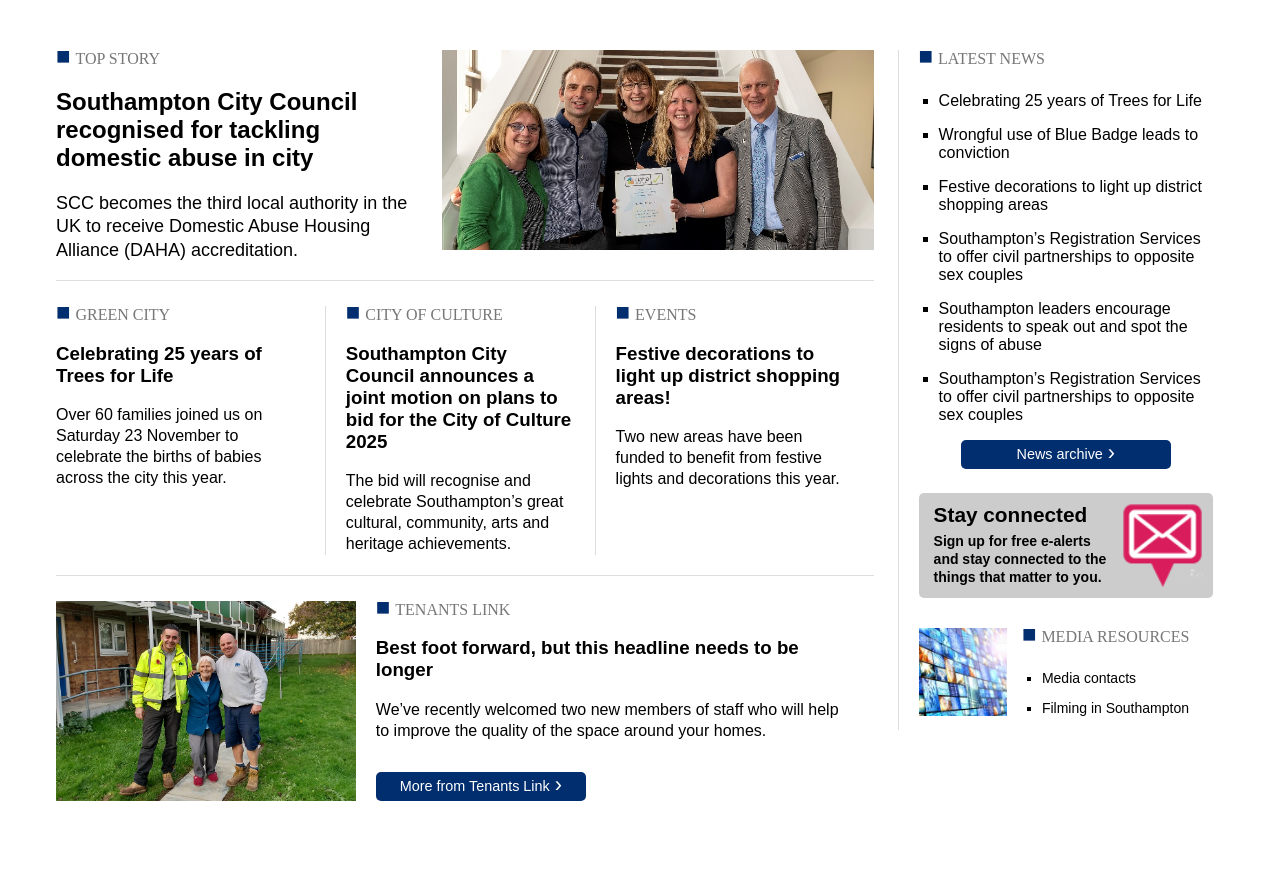
Repository: Domehead123/newspage
Page: index.html
The author's editor kept a record of every edit. The page is drawn from the files as they stood at one moment, then again after the next edit.
The browser window is 1280 px wide. The pictures show the whole page.
Some web libraries are served in a nearby version.

Above is the page before.

After the next edit:
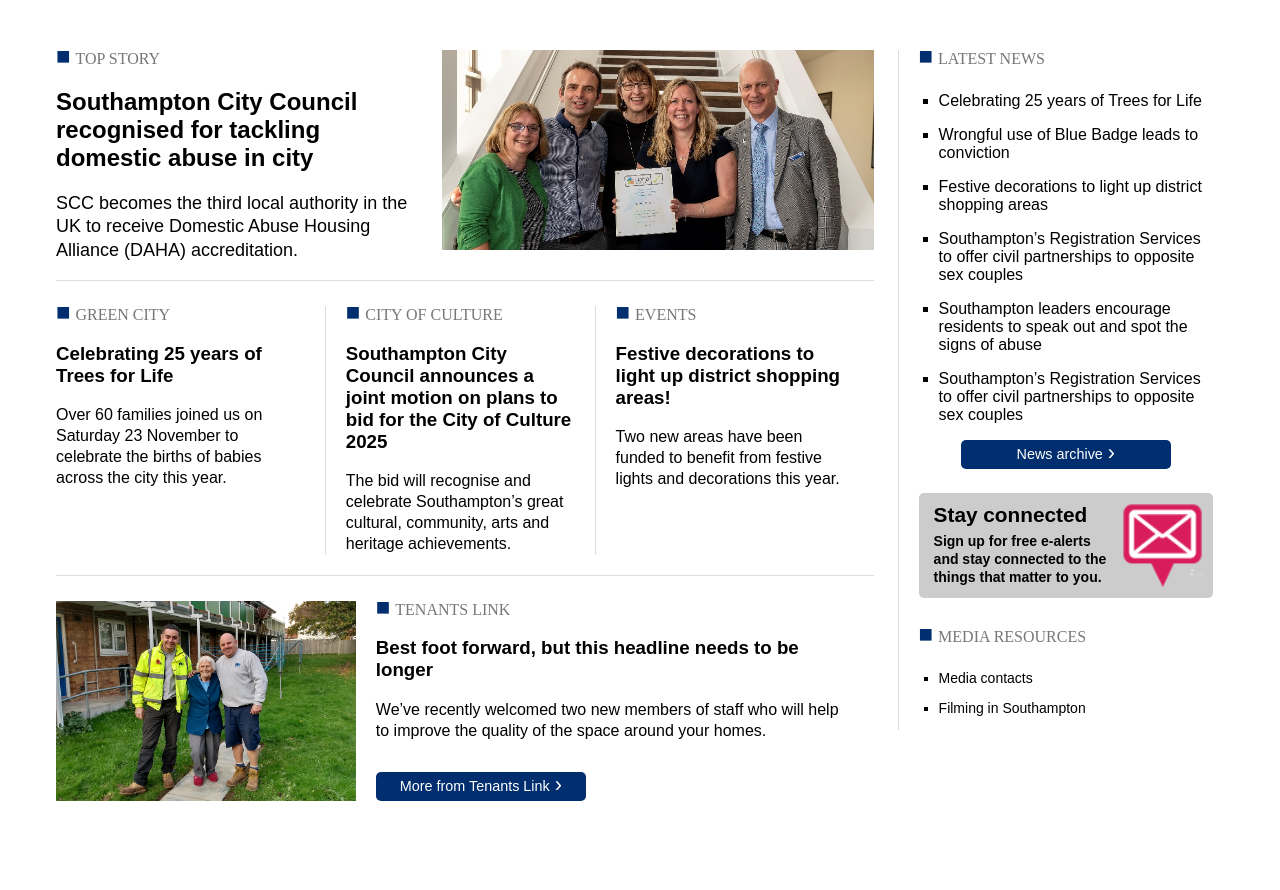
The edit:
--- a/index.html
+++ b/index.html
@@ -129,30 +129,25 @@
                 </div>
 
                 <div class="media">
-                    <div class="media-image">
-                        <img src="images/media2.jpg">
-                    </div>
 
+                    <div class="subject-header ">MEDIA RESOURCES</div>
 
-                    <div class="media-text">
-                        <div class="subject-header ">MEDIA RESOURCES</div>
+                    <ul>
+                        <li><a href="# ">Media contacts</a></li>
+                        <li><a href="# ">Filming in Southampton</a></li>
 
-                        <ul>
-                            <li><a href="# ">Media contacts</a></li>
-                            <li><a href="# ">Filming in Southampton</a></li>
+                    </ul>
+                </div>
+            </div>
 
-                        </ul>
-                    </div>
-                </div>
-
-            </div>
+        </div>
 
 
 
 
 
 
-        </div>
+    </div>
 
 
 
